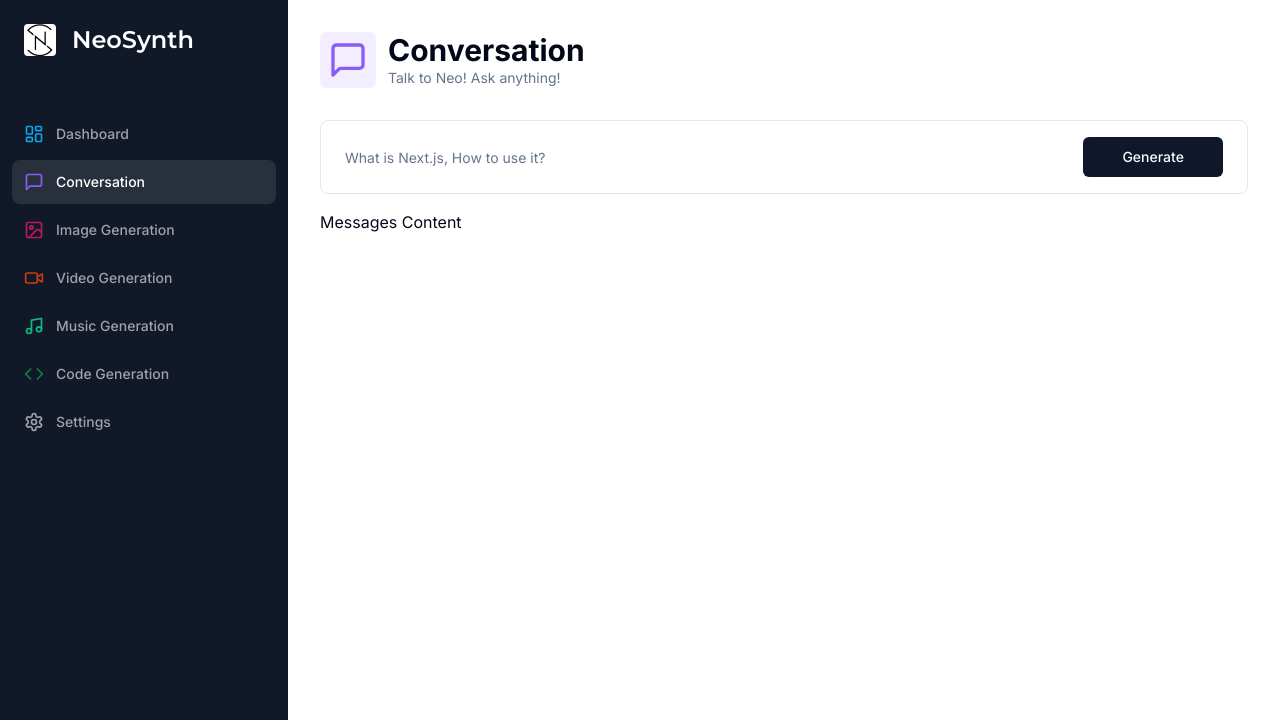
Repository: tathagat22/NeoSynth
Page: /conversation
These files come from the project's save history. The page is drawn as it stood at one moment and after the next save; the edit follows.
The browser window is 1280 px wide. The pictures show the whole page.
The page's requests for data from a server got no answer. The project was rebuilt for these pictures with package versions that can differ from the ones it lists, and the page was loaded fresh each time. Some packages were replaced by stand-ins written for this rebuild. The framework's server and built-in components were replaced by stand-ins that run in the browser. No one was signed in, and anything a server would have sent is missing. Also part of the build but not shown: next.config.js, components/ui/label.tsx.

Above is the page before, as saved 2023-08-27 20:04:46.

### app/layout.tsx
import "./globals.css";
import type { Metadata } from "next";
import { Inter } from "next/font/google";
import { ClerkProvider } from "@clerk/nextjs";

const inter = Inter({ subsets: ["latin"] });

export const metadata: Metadata = {
  title: "NeoSynth",
  description: "Neo is thinking for you behind the matrix",
};

export default function RootLayout({
  children,
}: {
  children: React.ReactNode;
}) {
  return (
    <ClerkProvider>
      <html lang="en">
        <body className={inter.className}>{children}</body>
      </html>
    </ClerkProvider>
  );
}

### app/(dashboard)/layout.tsx
import Navbar from "@/components/Navbar";
import Sidebar from "@/components/sidebar";

const DashboardLayout = ({ children }: { children: React.ReactNode }) => {
  return (
    <div className="h-full relative">
      <div className="hidden h-full md:flex md:w-72 md:flex-col md:fixed md:inset-y-0 z-[80] bg-gray-900">
        <Sidebar />
      </div>
      <main className="md:pl-72">
        <Navbar /> {children}
      </main>
    </div>
  );
};

export default DashboardLayout;

### app/(dashboard)/(routes)/conversation/page.tsx
"use client";

import * as z from "zod";
import { Heading } from "@/components/heading";
import { MessageSquare } from "lucide-react";
import { useForm } from "react-hook-form";
import { formSchema } from "./constants";
import { zodResolver } from "@hookform/resolvers/zod";
import { Form, FormControl, FormField, FormItem } from "@/components/ui/form";
import { Input } from "@/components/ui/input";
import { Button } from "@/components/ui/button";
import axios from "axios";
import { useRouter } from "next/navigation";
import { useState } from "react";
import { ChatCompletionRequestMessage } from "openai";
const ConversationPage = () => {
  const router = useRouter();
  const [messages, setMessages] = useState<ChatCompletionRequestMessage[]>([]);
  const form = useForm<z.infer<typeof formSchema>>({
    resolver: zodResolver(formSchema),
    defaultValues: {
      prompt: "",
    },
  });

  const isLoading = form.formState.isSubmitting;
  const onSubmit = async (values: z.infer<typeof formSchema>) => {
    try {
      const userMessage: ChatCompletionRequestMessage = {
        role: "user",
        content: values.prompt,
      };
      const newMessages = [...messages, userMessage]

      const response = await axios.post("/api/conversation", {
        messages: newMessages,
      });

      setMessages((current) => [...current, userMessage, response.data]);
      form.reset();
    } catch (error: any) {
      console.log(error);
    } finally {
      router.refresh();
    }
  };
  return (
    <div>
      <Heading
        title="Conversation"
        description="Talk to Neo! Ask anything!"
        icon={MessageSquare}
        iconColor="text-violet-500"
        bgColor="bg-violet-500/10"
      />
      <div className="px-4 lg:px-8">
        <div>
          <Form {...form}>
            <form
              onSubmit={form.handleSubmit(onSubmit)}
              className="rounded-lg border w-full p-4 px-3 md:px-6 focus-within:shadow-sm grid grid-cols-12 gap-2"
            >
              <FormField
                name="prompt"
                render={({ field }) => (
                  <FormItem className="col-span-12 lg:col-span-10">
                    <FormControl className="m-0 p-0">
                      <Input
                        className="border-0 outline-none focus-visible:ring-0 focus-visible:ring-transparent"
                        disabled={isLoading}
                        placeholder="What is Next.js, How to use it?"
                        {...field}
                      />
                    </FormControl>
                  </FormItem>
                )}
              />
              <Button
                className="col-span-12 lg:col-span-2 w-full"
                disabled={isLoading}
              >
                Generate
              </Button>
            </form>
          </Form>
        </div>
        <div className="space-y-4 mt-4">Messages Content</div>
      </div>
    </div>
  );
};

export default ConversationPage;

### app/globals.css
@tailwind base;
@tailwind components;
@tailwind utilities;

html, body, :root {
  height: 100%;
}
@layer base {
  :root {
    --background: 0 0% 100%;
    --foreground: 222.2 84% 4.9%;

    --card: 0 0% 100%;
    --card-foreground: 222.2 84% 4.9%;

    --popover: 0 0% 100%;
    --popover-foreground: 222.2 84% 4.9%;

    --primary: 222.2 47.4% 11.2%;
    --primary-foreground: 210 40% 98%;

    --secondary: 210 40% 96.1%;
    --secondary-foreground: 222.2 47.4% 11.2%;

    --muted: 210 40% 96.1%;
    --muted-foreground: 215.4 16.3% 46.9%;

    --accent: 210 40% 96.1%;
    --accent-foreground: 222.2 47.4% 11.2%;

    --destructive: 0 84.2% 60.2%;
    --destructive-foreground: 210 40% 98%;

    --border: 214.3 31.8% 91.4%;
    --input: 214.3 31.8% 91.4%;
    --ring: 222.2 84% 4.9%;

    --radius: 0.5rem;
  }

  .dark {
    --background: 222.2 84% 4.9%;
    --foreground: 210 40% 98%;

    --card: 222.2 84% 4.9%;
    --card-foreground: 210 40% 98%;

    --popover: 222.2 84% 4.9%;
    --popover-foreground: 210 40% 98%;

    --primary: 210 40% 98%;
    --primary-foreground: 222.2 47.4% 11.2%;

    --secondary: 217.2 32.6% 17.5%;
    --secondary-foreground: 210 40% 98%;

    --muted: 217.2 32.6% 17.5%;
    --muted-foreground: 215 20.2% 65.1%;

    --accent: 217.2 32.6% 17.5%;
    --accent-foreground: 210 40% 98%;

    --destructive: 0 62.8% 30.6%;
    --destructive-foreground: 210 40% 98%;

    --border: 217.2 32.6% 17.5%;
    --input: 217.2 32.6% 17.5%;
    --ring: 212.7 26.8% 83.9%;
  }
}

@layer base {
  * {
    @apply border-border;
  }
  body {
    @apply bg-background text-foreground;
  }
}

### components/Navbar.tsx

import { UserButton } from "@clerk/nextjs";
import MobileSidebar from "./mobile-sidebar";

const Navbar = () => {
    return (
        <div className="flex items-center p-4">
            <MobileSidebar />
            <div className="flex w-full justify-end">
                <UserButton afterSignOutUrl="/"/>
            </div>
        </div>
     );
}

export default Navbar;

### components/sidebar.tsx
"use client";

import { cn } from "@/lib/utils";
import { Montserrat } from "next/font/google";
import Image from "next/image";
import Link from "next/link";
import { usePathname } from "next/navigation";
import {
  LayoutDashboard,
  MessageSquare,
  ImageIcon,
  VideoIcon,
  Music,
  Code,
  Settings,
} from "lucide-react";
const montserrat = Montserrat({ weight: "600", subsets: ["latin"] });
const routes = [
  {
    label: "Dashboard",
    icon: LayoutDashboard,
    href: "/dashboard",
    color: "text-sky-500",
  },
  {
    label: "Conversation",
    icon: MessageSquare,
    href: "/conversation",
    color: "text-violet-500",
  },
  {
    label: "Image Generation",
    icon: ImageIcon,
    href: "/image",
    color: "text-pink-700",
  },
  {
    label: "Video Generation",
    icon: VideoIcon,
    href: "/video",
    color: "text-orange-700",
  },
  {
    label: "Music Generation",
    icon: Music,
    href: "/music",
    color: "text-emerald-500",
  },
  {
    label: "Code Generation",
    icon: Code,
    href: "/code",
    color: "text-green-700",
  },
  {
    label: "Settings",
    icon: Settings,
    href: "/settings",
  },
];
const Sidebar = () => {
  const pathname = usePathname();
  return (
    <div className="space-y-4 py-4 flex flex-col h-full bg-[#111827] text-white">
      <div className="px-3 py-2 flex-1">
        <Link href="/dashboard" className="flex items-center pl-3 mb-14">
          <div className="relative w-8 h-8 mr-4 rounded">
            <Image className="rounded" fill alt="Logo" src="/logo.png" />
          </div>
          <h1 className={cn("text-2xl font-bold", montserrat.className)}>
            NeoSynth
          </h1>
        </Link>
        <div className="space-y-1">
          {routes.map((route) => (
            <Link
              href={route.href}
              key={route.href}
              className={cn(
                "text-sm group flex p-3 w-full justify-start font-medium cursor-pointer hover:text-white hover:bg-white/10 rounded-lg transition", pathname == route.href ? "text-white bg-white/10" : "text-zinc-400"
              )}
            >
              <div className="flex items-center flex-1">
                <route.icon className={cn("h-5 w-5 mr-3", route.color)} />{" "}
                {route.label}
              </div>
            </Link>
          ))}
        </div>
      </div>
    </div>
  );
};

export default Sidebar;

### components/heading.tsx
import { cn } from "@/lib/utils";
import { LucideIcon } from "lucide-react";

interface HeadingProps {
  title: string;
  description: string;
  icon: LucideIcon;
  iconColor?: string;
  bgColor?: string;
}

export const Heading = ({
  title,
  description,
  icon: Icon,
  iconColor,
  bgColor,
}: HeadingProps) => {
  return (
    <div className="px-4 lg:px-8 flex items-center gap-x-3 mb-8">
      <div className={cn("p-2 w-fit rounded-md", bgColor)}>
        <Icon className={cn("w-10 h-10", iconColor)} />
      </div>
      <div>
        <h2 className="text-3xl font-bold">{title}</h2>
        <p className="text-sm text-muted-foreground">{description}</p>
      </div>
    </div>
  );
};

### app/(dashboard)/(routes)/conversation/constants.ts
import * as z from "zod";

export const formSchema = z.object({
  prompt: z.string().min(1, { message: "Prompt is required" }),
});

### components/ui/form.tsx
import * as React from "react"
import * as LabelPrimitive from "@radix-ui/react-label"
import { Slot } from "@radix-ui/react-slot"
import {
  Controller,
  ControllerProps,
  FieldPath,
  FieldValues,
  FormProvider,
  useFormContext,
} from "react-hook-form"

import { cn } from "@/lib/utils"
import { Label } from "@/components/ui/label"

const Form = FormProvider

type FormFieldContextValue<
  TFieldValues extends FieldValues = FieldValues,
  TName extends FieldPath<TFieldValues> = FieldPath<TFieldValues>
> = {
  name: TName
}

const FormFieldContext = React.createContext<FormFieldContextValue>(
  {} as FormFieldContextValue
)

const FormField = <
  TFieldValues extends FieldValues = FieldValues,
  TName extends FieldPath<TFieldValues> = FieldPath<TFieldValues>
>({
  ...props
}: ControllerProps<TFieldValues, TName>) => {
  return (
    <FormFieldContext.Provider value={{ name: props.name }}>
      <Controller {...props} />
    </FormFieldContext.Provider>
  )
}

const useFormField = () => {
  const fieldContext = React.useContext(FormFieldContext)
  const itemContext = React.useContext(FormItemContext)
  const { getFieldState, formState } = useFormContext()

  const fieldState = getFieldState(fieldContext.name, formState)

  if (!fieldContext) {
    throw new Error("useFormField should be used within <FormField>")
  }

  const { id } = itemContext

  return {
    id,
    name: fieldContext.name,
    formItemId: `${id}-form-item`,
    formDescriptionId: `${id}-form-item-description`,
    formMessageId: `${id}-form-item-message`,
    ...fieldState,
  }
}

type FormItemContextValue = {
  id: string
}

const FormItemContext = React.createContext<FormItemContextValue>(
  {} as FormItemContextValue
)

const FormItem = React.forwardRef<
  HTMLDivElement,
  React.HTMLAttributes<HTMLDivElement>
>(({ className, ...props }, ref) => {
  const id = React.useId()

  return (
    <FormItemContext.Provider value={{ id }}>
      <div ref={ref} className={cn("space-y-2", className)} {...props} />
    </FormItemContext.Provider>
  )
})
FormItem.displayName = "FormItem"

const FormLabel = React.forwardRef<
  React.ElementRef<typeof LabelPrimitive.Root>,
  React.ComponentPropsWithoutRef<typeof LabelPrimitive.Root>
>(({ className, ...props }, ref) => {
  const { error, formItemId } = useFormField()

  return (
    <Label
      ref={ref}
      className={cn(error && "text-destructive", className)}
      htmlFor={formItemId}
      {...props}
    />
  )
})
FormLabel.displayName = "FormLabel"

const FormControl = React.forwardRef<
  React.ElementRef<typeof Slot>,
  React.ComponentPropsWithoutRef<typeof Slot>
>(({ ...props }, ref) => {
  const { error, formItemId, formDescriptionId, formMessageId } = useFormField()

  return (
    <Slot
      ref={ref}
      id={formItemId}
      aria-describedby={
        !error
          ? `${formDescriptionId}`
          : `${formDescriptionId} ${formMessageId}`
      }
      aria-invalid={!!error}
      {...props}
    />
  )
})
FormControl.displayName = "FormControl"

const FormDescription = React.forwardRef<
  HTMLParagraphElement,
  React.HTMLAttributes<HTMLParagraphElement>
>(({ className, ...props }, ref) => {
  const { formDescriptionId } = useFormField()

  return (
    <p
      ref={ref}
      id={formDescriptionId}
      className={cn("text-sm text-muted-foreground", className)}
      {...props}
    />
  )
})
FormDescription.displayName = "FormDescription"

const FormMessage = React.forwardRef<
  HTMLParagraphElement,
  React.HTMLAttributes<HTMLParagraphElement>
>(({ className, children, ...props }, ref) => {
  const { error, formMessageId } = useFormField()
  const body = error ? String(error?.message) : children

  if (!body) {
    return null
  }

  return (
    <p
      ref={ref}
      id={formMessageId}
      className={cn("text-sm font-medium text-destructive", className)}
      {...props}
    >
      {body}
    </p>
  )
})
FormMessage.displayName = "FormMessage"

export {
  useFormField,
  Form,
  FormItem,
  FormLabel,
  FormControl,
  FormDescription,
  FormMessage,
  FormField,
}

### components/ui/input.tsx
import * as React from "react"

import { cn } from "@/lib/utils"

export interface InputProps
  extends React.InputHTMLAttributes<HTMLInputElement> {}

const Input = React.forwardRef<HTMLInputElement, InputProps>(
  ({ className, type, ...props }, ref) => {
    return (
      <input
        type={type}
        className={cn(
          "flex h-10 w-full rounded-md border border-input bg-background px-3 py-2 text-sm ring-offset-background file:border-0 file:bg-transparent file:text-sm file:font-medium placeholder:text-muted-foreground focus-visible:outline-none focus-visible:ring-2 focus-visible:ring-ring focus-visible:ring-offset-2 disabled:cursor-not-allowed disabled:opacity-50",
          className
        )}
        ref={ref}
        {...props}
      />
    )
  }
)
Input.displayName = "Input"

export { Input }

### components/ui/button.tsx
import * as React from "react"
import { Slot } from "@radix-ui/react-slot"
import { cva, type VariantProps } from "class-variance-authority"

import { cn } from "@/lib/utils"

const buttonVariants = cva(
  "inline-flex items-center justify-center rounded-md text-sm font-medium ring-offset-background transition-colors focus-visible:outline-none focus-visible:ring-2 focus-visible:ring-ring focus-visible:ring-offset-2 disabled:pointer-events-none disabled:opacity-50",
  {
    variants: {
      variant: {
        default: "bg-primary text-primary-foreground hover:bg-primary/90",
        destructive:
          "bg-destructive text-destructive-foreground hover:bg-destructive/90",
        outline:
          "border border-input bg-background hover:bg-accent hover:text-accent-foreground",
        secondary:
          "bg-secondary text-secondary-foreground hover:bg-secondary/80",
        ghost: "hover:bg-accent hover:text-accent-foreground",
        link: "text-primary underline-offset-4 hover:underline",
      },
      size: {
        default: "h-10 px-4 py-2",
        sm: "h-9 rounded-md px-3",
        lg: "h-11 rounded-md px-8",
        icon: "h-10 w-10",
      },
    },
    defaultVariants: {
      variant: "default",
      size: "default",
    },
  }
)

export interface ButtonProps
  extends React.ButtonHTMLAttributes<HTMLButtonElement>,
    VariantProps<typeof buttonVariants> {
  asChild?: boolean
}

const Button = React.forwardRef<HTMLButtonElement, ButtonProps>(
  ({ className, variant, size, asChild = false, ...props }, ref) => {
    const Comp = asChild ? Slot : "button"
    return (
      <Comp
        className={cn(buttonVariants({ variant, size, className }))}
        ref={ref}
        {...props}
      />
    )
  }
)
Button.displayName = "Button"

export { Button, buttonVariants }

### components/mobile-sidebar.tsx
"use client";

import { Button } from "./ui/button";
import { Menu } from "lucide-react";
import { Sheet, SheetContent, SheetTrigger } from "./ui/sheet";
import Sidebar from "./sidebar";
import { useEffect, useState } from "react";
const MobileSidebar = () => {
  //Hydration Error Fix
  const [isMounted, setIsMounted] = useState(false);

  useEffect(() => {
    setIsMounted(true);
  }, []);
  if (!isMounted) return null;
  //Hydration Error Fix Ends Here
  return (
    <Sheet>
      <SheetTrigger>
        <Button variant="ghost" size="icon" className="md:hidden">
          <Menu />
        </Button>
      </SheetTrigger>
      <SheetContent side="left" className="p-0">
        <Sidebar />
      </SheetContent>
    </Sheet>
  );
};

export default MobileSidebar;

### components/ui/sheet.tsx
"use client"

import * as React from "react"
import * as SheetPrimitive from "@radix-ui/react-dialog"
import { cva, type VariantProps } from "class-variance-authority"
import { X } from "lucide-react"

import { cn } from "@/lib/utils"

const Sheet = SheetPrimitive.Root

const SheetTrigger = SheetPrimitive.Trigger

const SheetClose = SheetPrimitive.Close

const SheetPortal = ({
  className,
  ...props
}: SheetPrimitive.DialogPortalProps) => (
  <SheetPrimitive.Portal className={cn(className)} {...props} />
)
SheetPortal.displayName = SheetPrimitive.Portal.displayName

const SheetOverlay = React.forwardRef<
  React.ElementRef<typeof SheetPrimitive.Overlay>,
  React.ComponentPropsWithoutRef<typeof SheetPrimitive.Overlay>
>(({ className, ...props }, ref) => (
  <SheetPrimitive.Overlay
    className={cn(
      "fixed inset-0 z-50 bg-background/80 backdrop-blur-sm data-[state=open]:animate-in data-[state=closed]:animate-out data-[state=closed]:fade-out-0 data-[state=open]:fade-in-0",
      className
    )}
    {...props}
    ref={ref}
  />
))
SheetOverlay.displayName = SheetPrimitive.Overlay.displayName

const sheetVariants = cva(
  "fixed z-50 gap-4 bg-background p-6 shadow-lg transition ease-in-out data-[state=open]:animate-in data-[state=closed]:animate-out data-[state=closed]:duration-300 data-[state=open]:duration-500",
  {
    variants: {
      side: {
        top: "inset-x-0 top-0 border-b data-[state=closed]:slide-out-to-top data-[state=open]:slide-in-from-top",
        bottom:
          "inset-x-0 bottom-0 border-t data-[state=closed]:slide-out-to-bottom data-[state=open]:slide-in-from-bottom",
        left: "inset-y-0 left-0 h-full w-3/4 border-r data-[state=closed]:slide-out-to-left data-[state=open]:slide-in-from-left sm:max-w-sm",
        right:
          "inset-y-0 right-0 h-full w-3/4  border-l data-[state=closed]:slide-out-to-right data-[state=open]:slide-in-from-right sm:max-w-sm",
      },
    },
    defaultVariants: {
      side: "right",
    },
  }
)

interface SheetContentProps
  extends React.ComponentPropsWithoutRef<typeof SheetPrimitive.Content>,
    VariantProps<typeof sheetVariants> {}

const SheetContent = React.forwardRef<
  React.ElementRef<typeof SheetPrimitive.Content>,
  SheetContentProps
>(({ side = "right", className, children, ...props }, ref) => (
  <SheetPortal>
    <SheetOverlay />
    <SheetPrimitive.Content
      ref={ref}
      className={cn(sheetVariants({ side }), className)}
      {...props}
    >
      {children}
      <SheetPrimitive.Close className="absolute right-4 top-4 rounded-sm opacity-70 ring-offset-background transition-opacity hover:opacity-100 focus:outline-none focus:ring-2 focus:ring-ring focus:ring-offset-2 disabled:pointer-events-none data-[state=open]:bg-secondary">
        <X className="h-4 w-4" />
        <span className="sr-only">Close</span>
      </SheetPrimitive.Close>
    </SheetPrimitive.Content>
  </SheetPortal>
))
SheetContent.displayName = SheetPrimitive.Content.displayName

const SheetHeader = ({
  className,
  ...props
}: React.HTMLAttributes<HTMLDivElement>) => (
  <div
    className={cn(
      "flex flex-col space-y-2 text-center sm:text-left",
      className
    )}
    {...props}
  />
)
SheetHeader.displayName = "SheetHeader"

const SheetFooter = ({
  className,
  ...props
}: React.HTMLAttributes<HTMLDivElement>) => (
  <div
    className={cn(
      "flex flex-col-reverse sm:flex-row sm:justify-end sm:space-x-2",
      className
    )}
    {...props}
  />
)
SheetFooter.displayName = "SheetFooter"

const SheetTitle = React.forwardRef<
  React.ElementRef<typeof SheetPrimitive.Title>,
  React.ComponentPropsWithoutRef<typeof SheetPrimitive.Title>
>(({ className, ...props }, ref) => (
  <SheetPrimitive.Title
    ref={ref}
    className={cn("text-lg font-semibold text-foreground", className)}
    {...props}
  />
))
SheetTitle.displayName = SheetPrimitive.Title.displayName

const SheetDescription = React.forwardRef<
  React.ElementRef<typeof SheetPrimitive.Description>,
  React.ComponentPropsWithoutRef<typeof SheetPrimitive.Description>
>(({ className, ...props }, ref) => (
  <SheetPrimitive.Description
    ref={ref}
    className={cn("text-sm text-muted-foreground", className)}
    {...props}
  />
))
SheetDescription.displayName = SheetPrimitive.Description.displayName

export {
  Sheet,
  SheetTrigger,
  SheetClose,
  SheetContent,
  SheetHeader,
  SheetFooter,
  SheetTitle,
  SheetDescription,
}

Loaded but not shown: lib/utils.ts (common file); tailwind.config.js (common file)

After the next save:
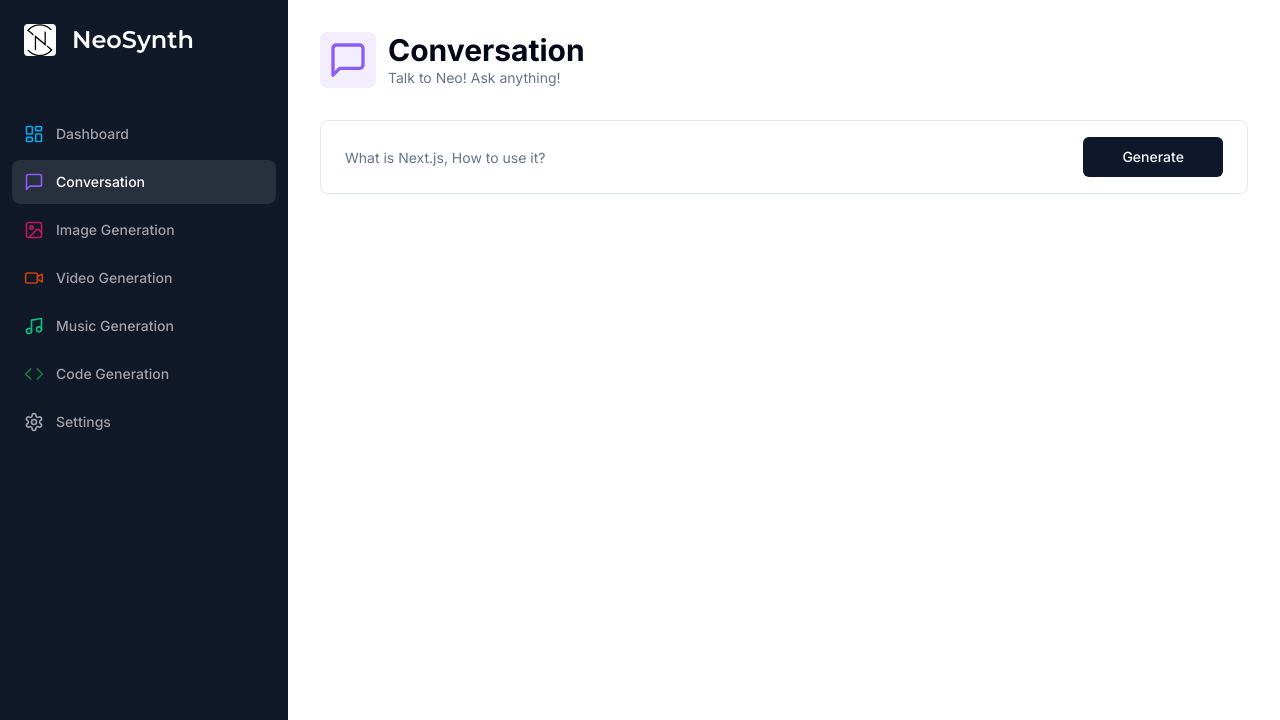
Saved 2 min 16 s later.
--- a/app/(dashboard)/(routes)/conversation/page.tsx
+++ b/app/(dashboard)/(routes)/conversation/page.tsx
@@ -84,7 +84,15 @@
             </form>
           </Form>
         </div>
-        <div className="space-y-4 mt-4">Messages Content</div>
+        <div className="space-y-4 mt-4">
+          <div className="flex flex-col-reverse gap-y-4">
+                  {messages.map((message) => {
+                    <div key={message.content}>
+                      {message.content}
+                    </div>
+                  })}
+          </div>
+        </div>
       </div>
     </div>
   );
